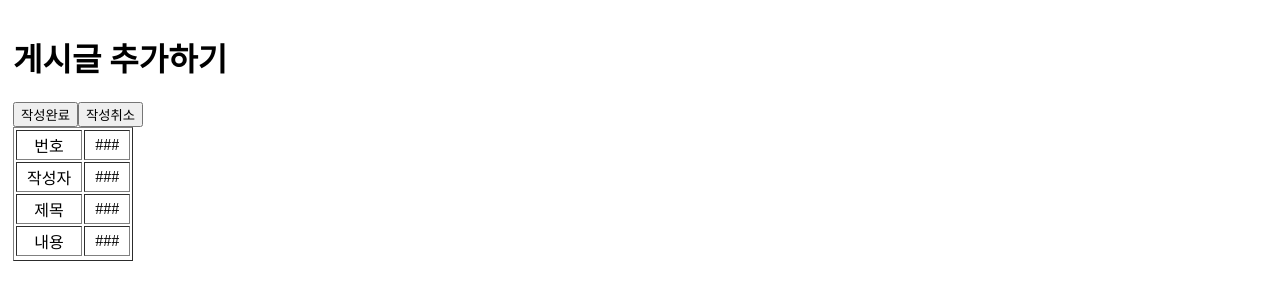
Repository: jjuhye/JSPWorkspace
Page: http://localhost/basic/00_board/_04_addBoard.jsp
The author's editor kept a copy of each file at every save. The page is drawn from the files as they stood at one save, then again after the next save.
The browser window is 1280 px wide. The pictures show the whole page.
The page is served by Tomcat 9.

Above is the page before, as saved 2023-02-24 05:36:05.

After the next save:
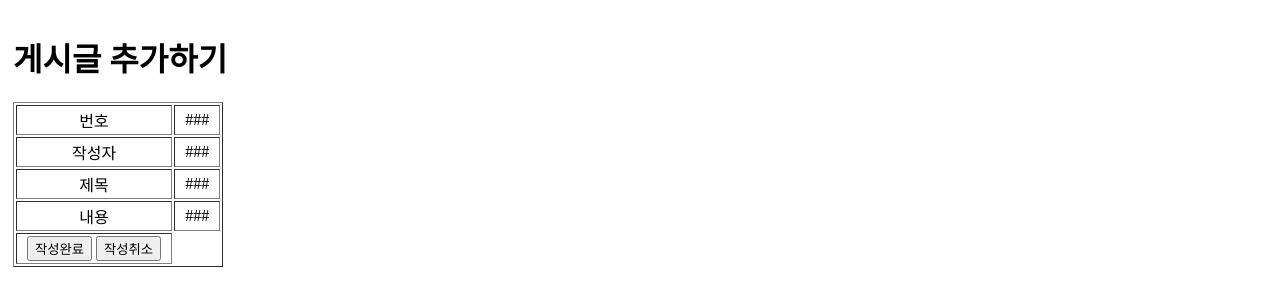
Saved 34 s later.
--- a/basic/src/main/webapp/00_board/_04_addBoard.jsp
+++ b/basic/src/main/webapp/00_board/_04_addBoard.jsp
@@ -20,8 +20,8 @@
 		<td>###</td></tr>
 		<tr><td>내용</td>
 		<td>###</td></tr>
-		<tr colspan='2'><input type="button" name="write" value="작성완료">
-	    	<button onclick="location.href='_00_main.jsp'">작성취소</button></tr>
+		<tr colspan='2'><td><input type="button" name="write" value="작성완료">
+	    	<button onclick="location.href='_00_main.jsp'">작성취소</button></td></tr>
 
 	</table><br>
 	</form>
